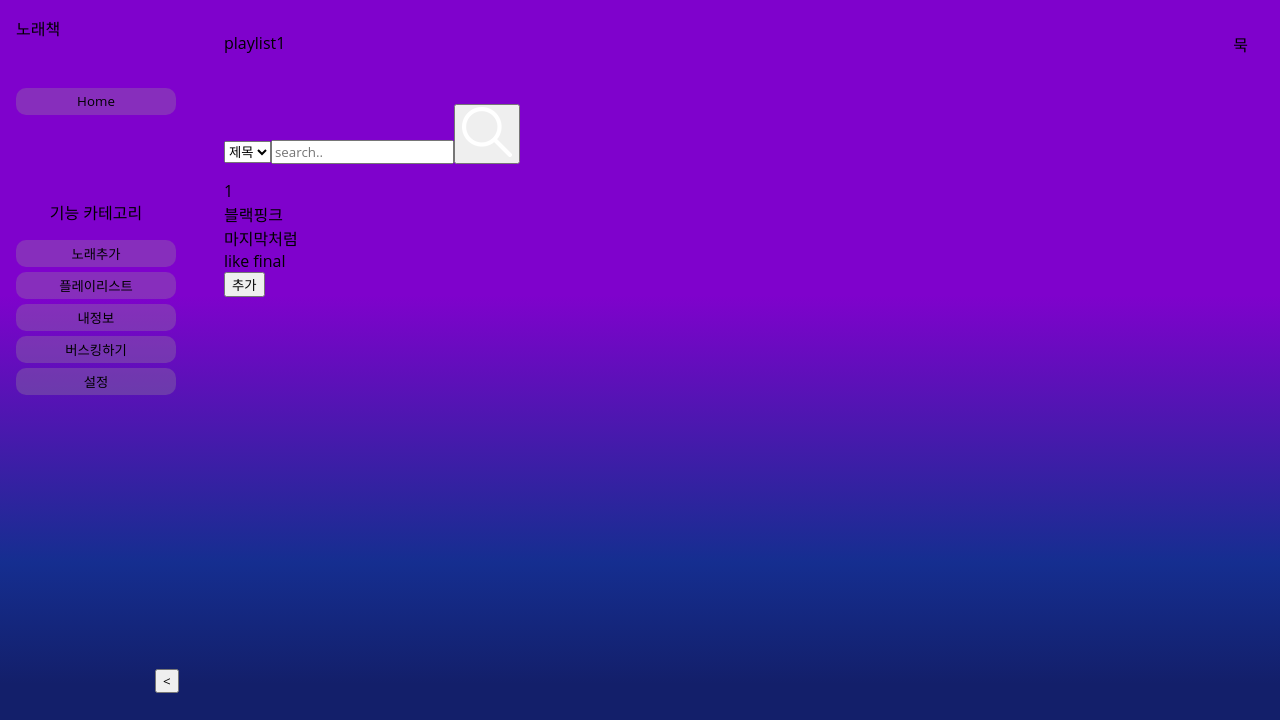
Repository: Unique0902/busking
Page: /app/add
An editor plug-in stored every save of this project. The page is shown before and after the next save, followed by the edit.
The browser window is 1280 px wide. The pictures show the whole page.
The page's requests for data from a server got no answer. The project was rebuilt for these pictures with package versions that can differ from the ones it lists, and the page was loaded fresh each time. No one was signed in, and anything a server would have sent is missing. Also part of the build but not shown: src/routes/login/login.module.css, src/components/login_header/login_nav.module.css, src/components/login_header/login_nav.jsx, src/components/app_description/app_description.module.css, src/components/app_description/app_description.jsx, src/routes/login/login.jsx, src/routes/app/app_home/app_home.module.css, src/routes/app/app_home/app_home.jsx and 8 more.

Above is the page before, as saved 2022-08-30 14:13:11.

### public/index.html
<!DOCTYPE html>
<html lang="en">
  <head>
    <meta charset="utf-8" />
    <link rel="icon" href="%PUBLIC_URL%/favicon.ico" />
    <meta name="viewport" content="width=device-width, initial-scale=1" />
    <meta name="theme-color" content="#000000" />
    <meta
      name="description"
      content="Web site created using create-react-app"
    />
    <title>노래책</title>
  </head>
  <body>
    <noscript>You need to enable JavaScript to run this app.</noscript>
    <div id="root"></div>
  </body>
</html>

### src/index.js
import React from 'react';
import ReactDOM from 'react-dom/client';
import './index.css';
import App from './routes/app/app';
import { BrowserRouter, Routes, Route } from 'react-router-dom';
import Login from './routes/login/login';
import App_home from './routes/app/app_home/app_home';
import App_add from './routes/app/app_add/app_add';
import App_busking from './routes/app/app_busking/app_busking';
import App_inform from './routes/app/app_inform/app_inform';
import App_playlist from './routes/app/app_playlist/app_playlist';
import App_setting from './routes/app/app_setting/app_setting';
import axios from 'axios';
import Lastfm from './service/lastfm';

const root = ReactDOM.createRoot(document.getElementById('root'));
const httpClient = axios.create({
  baseURL: 'https://ws.audioscrobbler.com/2.0',
  params: { api_key: process.env.REACT_APP_LASTFM_API_KEY },
});
const lastfm = new Lastfm(httpClient);

root.render(
  <React.StrictMode>
    <BrowserRouter>
      <Routes>
        <Route path='/' element={<Login />} />
        <Route path='app' element={<App />}>
          <Route path='home' element={<App_home />} />
          <Route path='add' element={<App_add lastfm={lastfm} />} />
          <Route path='busking' element={<App_busking />} />
          <Route path='inform' element={<App_inform />} />
          <Route path='playlist' element={<App_playlist />} />
          <Route path='setting' element={<App_setting />} />
        </Route>
      </Routes>
    </BrowserRouter>
  </React.StrictMode>
);

### src/index.css
* {
  box-sizing: border-box;
  font-family: 'Open Sans', sans-serif;
}

button {
  cursor: pointer;
}
li {
  list-style: none;
}
body {
  margin: 0;
}
p,
h1,
h2 {
  margin: 0;
}
ul {
  padding: 0;
}

### src/routes/app/app.jsx
import Sidebar from '../../components/sidebar/sidebar';
import './app.module.css';
import styles from './app.module.css';
import { Routes, Route, Outlet } from 'react-router-dom';
import App_header from '../../components/app_header/app_header';

function App() {
  return (
    <section className={styles.app}>
      <Sidebar />
      <main className={styles.main}>
        <App_header />
        <Outlet />
      </main>
    </section>
  );
}

export default App;

### src/routes/app/app_add/app_add.jsx
import React, { useRef } from 'react';
import { useState } from 'react';
import styles from './app_add.module.css';
import SearchResult from '../../../components/searchResult/searchResult';

const App_add = ({ lastfm }) => {
  const [searchResults, setSearchResults] = useState([]);
  const searchRef = useRef();
  const selectRef = useRef();
  const search = () => {
    if (searchRef.current.value) {
      if (selectRef.current.value === '제목') {
        lastfm
          .searchSongByName(searchRef.current.value)
          .then((result) => setSearchResults(result.trackmatches.track));
      } else if (selectRef.current.value === '가수') {
        lastfm
          .searchSongByArtist(searchRef.current.value)
          .then((result) => setSearchResults(result.trackmatches.track));
      }
    }
  };
  return (
    <>
      <header>
        <select ref={selectRef}>
          <option value='제목'>제목</option>
          <option value='가수'>가수</option>
        </select>
        <input
          type='search'
          placeholder='search..'
          ref={searchRef}
          onChange={() => {
            search();
          }}
        />
        <button type='submit'>
          <img src='/images/search.png' alt='search' />
        </button>
      </header>
      <section className={styles.results}>
        <ul>
          {searchResults &&
            searchResults.map((result) => (
              <SearchResult
                key={searchResults.indexOf(result)}
                index={searchResults.indexOf(result) + 1}
                result={result}
                btnText='추가'
              />
            ))}
          <li>
            <p className={styles.index}>1</p>
            <p className={styles.singer}>블랙핑크</p>
            <p className={styles.title}>마지막처럼</p>
            <p className={styles.album}>like final</p>
            <button
              onClick={() => {
                lastfm
                  .searchSongByName('venom')
                  .then((result) =>
                    console.log(result.trackmatches.track[0].name)
                  );
              }}
              className={styles.addBtn}
            >
              추가
            </button>
          </li>
        </ul>
      </section>
    </>
  );
};

export default App_add;

### src/service/lastfm.js
'use strict';

class Lastfm {
  constructor(httpClient) {
    this.lastfm = httpClient;
  }
  async searchSongByName(title) {
    const response = await this.lastfm.get('', {
      params: {
        method: 'track.search',
        track: title,
        limit: '10',
        format: 'json',
      },
    });
    return response.data.results;
  }
  async searchSongByArtist(artist) {
    const response = await this.lastfm.get('', {
      params: {
        method: 'track.search',
        track: ' ',
        artist: artist,
        limit: '10',
        format: 'json',
      },
    });
    return response.data.results;
  }
  async searchArtist(artist) {
    const response = await this.lastfm.get('', {
      params: {
        method: 'artist.search',
        artist: artist,
        format: 'json',
      },
    });
    return response.data.results;
  }
  async searchTopTrackByCorrectArtist(mbid) {
    const response = await this.lastfm.get('', {
      params: {
        method: 'artist.gettoptrack',
        mbid: mbid,
        format: 'json',
      },
    });
    return response.data.results;
  }
}

export default Lastfm;

### src/components/sidebar/sidebar.jsx
import React from 'react';
import styles from './sidebar.module.css';
import { useNavigate } from 'react-router-dom';

const Sidebar = (props) => {
  let navigate = useNavigate();
  return (
    <>
      <aside className={styles.sideBar}>
        <div className={styles.logo}>
          <img src='' alt='' />
          <p>노래책</p>
        </div>
        <ul className={styles.list}>
          <li>
            <button
              onClick={() => {
                navigate('home');
              }}
              className={styles.listBtn}
            >
              Home
            </button>
          </li>
          <li>
            <p className={styles.category}>기능 카테고리</p>
          </li>
          <li>
            <button
              onClick={() => {
                navigate('add');
              }}
              className={styles.listBtn}
            >
              노래추가
            </button>
          </li>
          <li>
            <button
              onClick={() => {
                navigate('playlist');
              }}
              className={styles.listBtn}
            >
              플레이리스트
            </button>
          </li>
          <li>
            <button
              onClick={() => {
                navigate('inform');
              }}
              className={styles.listBtn}
            >
              내정보
            </button>
          </li>
          <li>
            <button
              onClick={() => {
                navigate('busking');
              }}
              className={styles.listBtn}
            >
              버스킹하기
            </button>
          </li>
          <li>
            <button
              onClick={() => {
                navigate('setting');
              }}
              className={styles.listBtn}
            >
              설정
            </button>
          </li>
          <li>
            <button className={styles.closeBtn}> {'<'} </button>
          </li>
        </ul>
      </aside>
    </>
  );
};

export default Sidebar;

### src/routes/app/app.module.css
@value makerWhite from  '../../common/colors.css';

.app {
  background: rgb(127, 2, 204);
  background: linear-gradient(
    180deg,
    rgba(127, 2, 204, 1) 41%,
    rgba(21, 46, 144, 1) 78%,
    rgba(19, 31, 106, 1) 95%
  );
  color: makerWhite;
  height: 100vh;
  display: flex;
}

.main {
  flex-basis: 85%;
  padding: 2em;
}

### src/components/app_header/app_header.jsx
import React from 'react';
import styles from './app_header.module.css';

const App_header = (props) => {
  return (
    <>
      <header className={styles.header}>
        <div className={styles.playlists}>playlist1</div>
        <div className={styles.users}>묵</div>
      </header>
    </>
  );
};

export default App_header;

### src/routes/app/app_add/app_add.module.css
.results {
  overflow: scroll;
}

### src/components/sidebar/sidebar.module.css
@value makerWhite from  '../../common/colors.css';
@value makerBlack from  '../../common/colors.css';
@value makerLightGrey from  '../../common/colors.css';
@value makerGrey from  '../../common/colors.css';
@value fontBigg from  '../../common/size.css';
@value fontMedium from  '../../common/size.css';
@value fontMediumm from  '../../common/size.css';
@value fontSmall from  '../../common/size.css';

.sideBar {
  flex-basis: 15%;
  padding: 1em;
  background-color: makerBlack;
  color: makerWhite;
  position: relative;
}
.logo {
  display: flex;
  font-size: fontBigg;
  margin-bottom: 3em;
}
.category {
  color: makerLightGrey;
  font-size: fontMediumm;
  text-align: center;
  margin-top: 5em;
  margin-bottom: 1em;
}

.listBtn {
  background-color: rgba(151, 149, 149, 0.3);
  border: none;
  border-radius: 10px;
  height: 2em;
  margin-bottom: 0.4em;
  width: 100%;
  font-size: fontMedium;
  color: makerWhite;
}
.list > li {
  width: 100%;
}
.closeBtn {
  position: absolute;
  right: 1em;
  bottom: 2em;
  background-color: makerBlack;
  color: makerWhite;
}

### src/components/app_header/app_header.module.css
.header {
  display: flex;
  justify-content: space-between;
  margin-bottom: 3em;
}

Loaded but not shown: src/routes/app/app_inform/app_inform.module.css (no stored copy; drawn as an empty file); src/routes/app/app_setting/app_setting.module.css (no stored copy; drawn as an empty file)

After the next save:
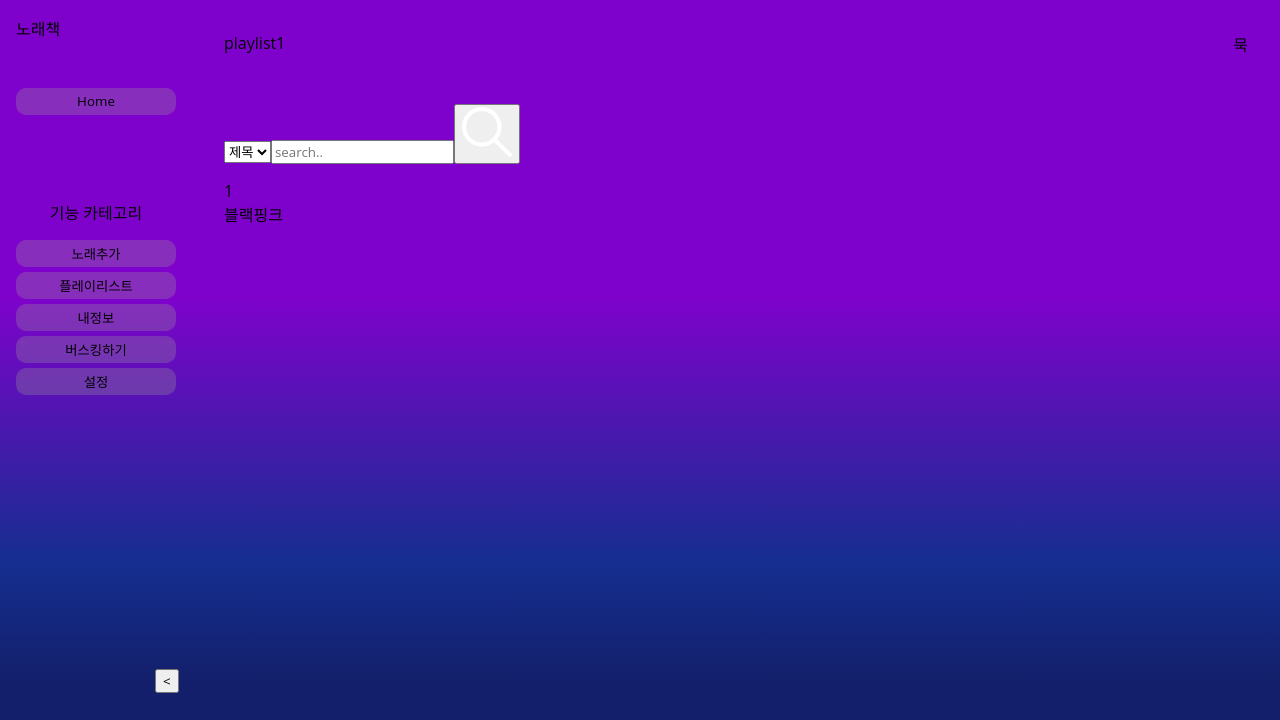
Saved 18 s later.
--- a/src/routes/app/app_add/app_add.module.css
+++ b/src/routes/app/app_add/app_add.module.css
@@ -1,3 +1,4 @@
 .results {
   overflow: scroll;
+  height: 4em;
 }

After the 2 saves that followed:
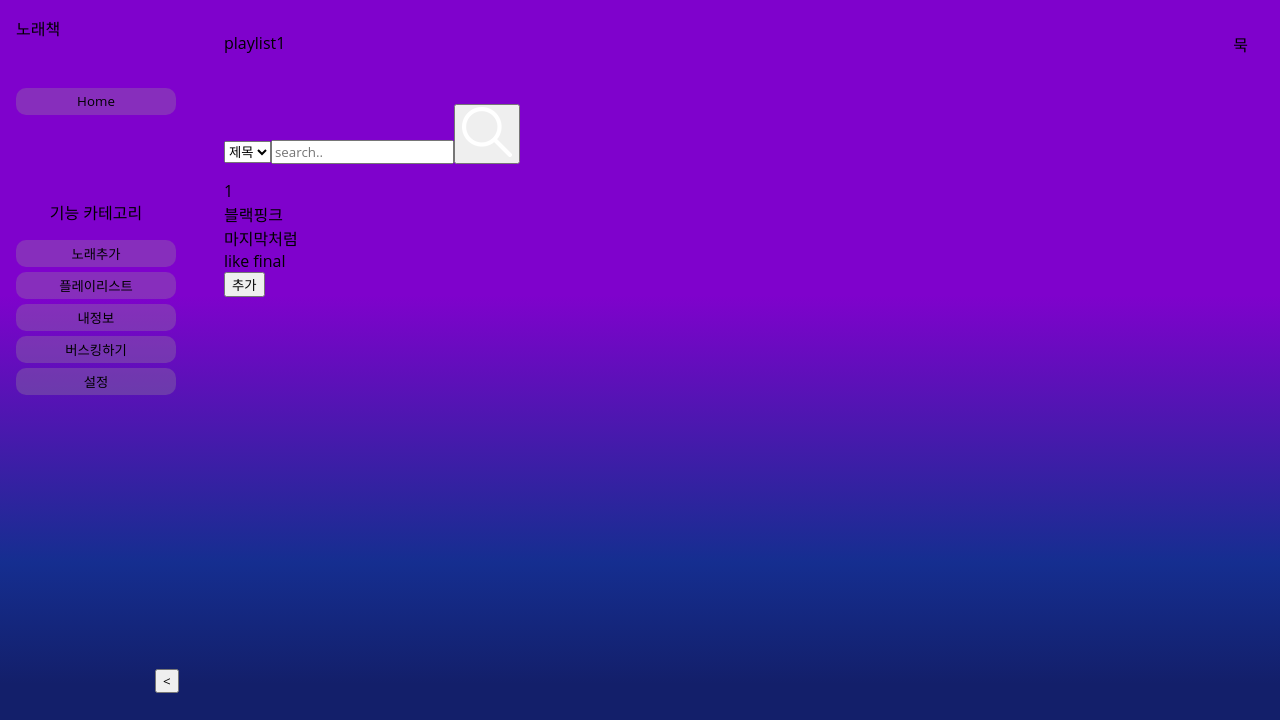
The 2 saves are shown as one change because they came seconds apart.
The last was saved 7 s later.
--- a/src/routes/app/app_add/app_add.module.css
+++ b/src/routes/app/app_add/app_add.module.css
@@ -1,4 +1,4 @@
 .results {
   overflow: scroll;
-  height: 4em;
+  height: 30em;
 }
